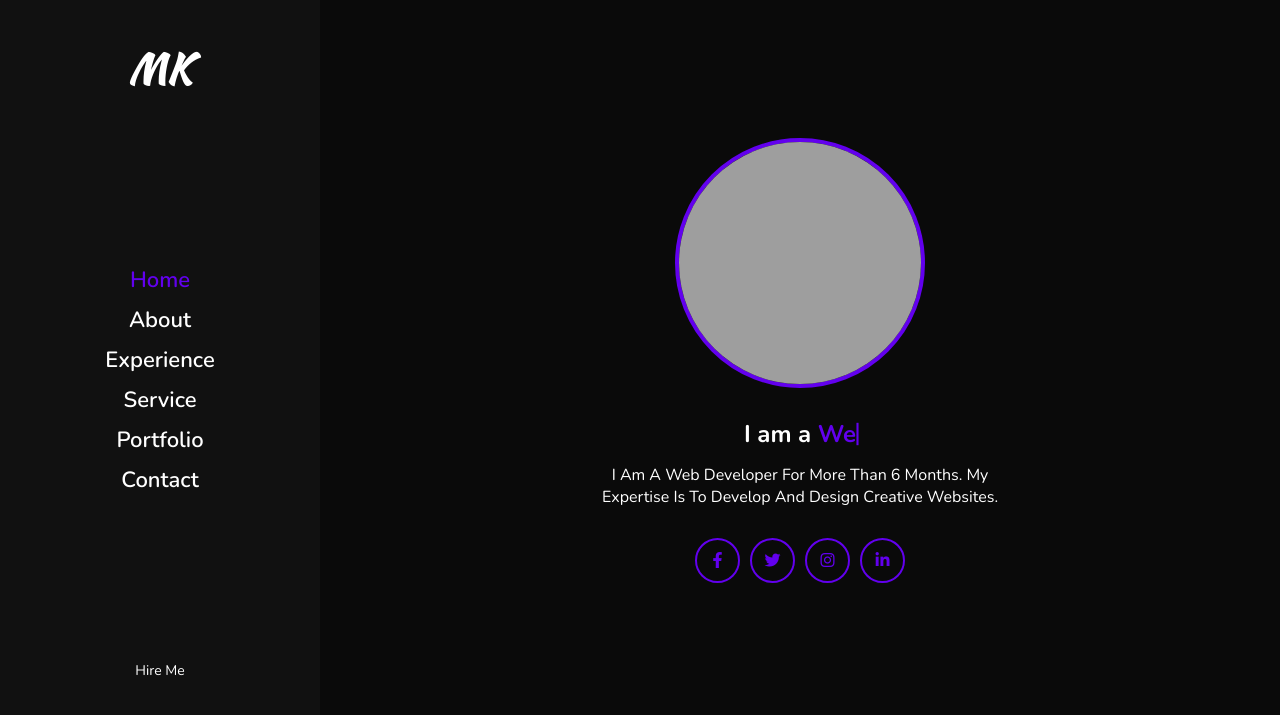
Repository: mk0144/Personal-Portfolio
Page: index.html
An editor plug-in stored every save of this project. The page is shown before and after the next save, followed by the edit.
The browser window is 1280 px wide. The pictures show the whole page.
Pictures or frames that could not be fetched are drawn as grey boxes. Some web libraries are served in a nearby version.

Above is the page before, as saved 2022-05-21 11:31:46.

### index.html
<!DOCTYPE html>
<html>

<head>
    <title>My Portfolio</title>
    <link href="./css/stylesheet.css" rel="stylesheet">
    <link href="./css/media.css" rel="stylesheet">
    <link href="https://cdnjs.cloudflare.com/ajax/libs/font-awesome/6.1.1/css/all.min.css" rel="stylesheet">
</head>

<body>
    <main>
        <!-- sidebar -->
        <header>
            <div class="logo">
                <h1>MK</h1>
            </div>

            <ul class="menu">
                <li class="menu_item"><a href="#">Home</a></li>
                <li class="menu_item"><a href="#">About</a></li>
                <li class="menu_item"><a href="#">Experience</a></li>
                <li class="menu_item"><a href="#">Service</a></li>
                <li class="menu_item"><a href="#">Portfolio</a></li>
                <li class="menu_item"><a href="#">Contact</a></li>
            </ul>

            <div class="hire">
                <a href="#">Hire Me</a>
            </div>

        </header>
        <!-- \sidebar -->

        <!-- pages -->
        <div class="pages">
            <!-- home -->
            <section class="home" onmousewheel="scrollFunc(0)">
                <div class="home_inner">
                    <div class="pic">
                        <img src="https://img.freepik.com/free-photo/handsome-confident-smiling-man-with-hands-crossed-chest_176420-18743.jpg?t=st=1652281811~exp=1652282411~hmac=6ffdf10012cb5dbc06aa54032b22c75f276b0e4fb6505f701aa6eadd4853c3fd&w=826"
                            alt="Self Image">
                    </div>

                    <h2>I am a <span id="roleText"></span></h2>

                    <p>
                        I Am A Web Developer For More Than 6 Months. My Expertise Is To Develop And Design Creative
                        Websites.
                    </p>

                    <ul class="social_links">
                        <li><a href="#"><i class="fa-brands fa-facebook-f"></i></a></li>
                        <li><a href="#"><i class="fa-brands fa-twitter"></i></a></li>
                        <li><a href="#"><i class="fa-brands fa-instagram"></i></a></li>
                        <li><a href="#"><i class="fa-brands fa-linkedin-in"></i></a></li>
                    </ul>

                </div>
            </section>
            <!-- \home -->


            <!-- about -->
            <section class="about" onmousewheel="scrollFunc(1)">
                <div class="about_inner">
                    <h1>About Me</h1>

                    <div class="bottom">
                        <div class="pic">
                            <img src="https://img.freepik.com/free-photo/attractive-laughing-guy-having-fun-smiling-happy_176420-18839.jpg?t=st=1652270858~exp=1652271458~hmac=8bf7c3dfd1bbd5bdfd2ee253775783bd67b9f300cc793455fe6b38c6d306b22e&w=826"
                                alt="Self Image">
                        </div>
                    </div>

                </div>
            </section>
            <!-- \about -->


            <!-- skills -->
            <section class="skills" onmousewheel="scrollFunc(2)">
                <div class="skills_inner">
                    <h1>Skills</h1>

                </div>
            </section>
            <!-- \skills -->


            <!-- experience -->
            <section class="experience" onmousewheel="scrollFunc(3)">
                <div class="experience_inner">
                    <h1>Experience</h1>
                </div>
            </section>
            <!-- \experience -->


        </div>
        <!-- \pages -->

    </main>


    <!-- script -->
    <script src="./js/script.js"></script>
</body>

</html>

### css/stylesheet.css
/* common */
@import url("https://fonts.googleapis.com/css2?family=Nunito:ital,wght@0,200;0,300;0,400;0,500;0,600;0,700;0,800;0,900;1,200;1,300;1,400;1,500;1,600;1,700;1,800;1,900&display=swap");
@import url("https://fonts.googleapis.com/css2?family=Kaushan+Script&family=Poppins:ital,wght@0,100;0,200;0,300;0,400;0,500;0,600;0,700;0,800;0,900;1,100;1,200;1,300;1,400;1,500;1,600;1,700;1,800;1,900&display=swap");

:root {
  --primary: #6200ee;
  --black: #0a0a0a;
  --blackDim: #111111;
}

* {
  margin: 0;
  padding: 0;
  box-sizing: border-box;
  list-style: none;
  text-decoration: none;
  font-family: "Nunito";
  font-size: 10px;
  color: white;
}

a {
  font-size: 1.4rem;
  display: inline-block;
}

span {
  display: inline-block;
}

img {
  width: 100%;
  height: 100%;
  object-fit: cover;
  object-position: center;
}

p {
  font-size: 1.6rem;
}

ul li {
  font-size: 1.6rem;
}

h1 {
  font-size: 3.2rem;
}

h2 {
  font-size: 2.4rem;
}
/* \common */

/* main */
main {
  width: 100%;
}
/* header */
header {
  width: 25%;
  height: 100%;
  position: fixed;
  padding: 4rem 2rem;
  background-color: var(--blackDim);
  text-align: center;
  display: flex;
  flex-direction: column;
  justify-content: space-between;
}
/* \header */

/* pages */
.pages {
  width: 75%;
  height: 100vh;
  overflow: hidden;
  margin: 0 0 0 25%;
}

.pages > section {
  width: 100%;
  height: 100vh;
  overflow: hidden;
  padding: 0 6rem;
  display: flex;
  align-items: center;
  transition: 2s;
}

.pages .home {
  background-color: var(--black);
  justify-content: center;
  text-align: center;
}

.pages .about {
  background-color: black;
}

.pages .skills {
  background-color: var(--black);
}

.pages .experience {
  background: black;
}
/* \pages */
/* /main */

/* header */
header .logo h1 {
  font-family: "Kaushan Script";
  font-size: 4rem;
  color: white;
}

header .menu {
  display: grid;
  row-gap: 1rem;
}

header .menu a {
  font-size: 2.2rem;
  font-weight: 600;
  transition: 0.5s;
}

header .menu_item.active a {
  color: var(--primary);
}

header .menu a:hover {
  color: var(--primary);
  transition: 0.5s;
}
/* \header */

/* pages */
/* home */
.home .home_inner {
  max-width: 400px;
}

.home .pic {
  width: 250px;
  height: 250px;
  border-radius: 50%;
  border: 4px solid var(--primary);
  margin: 0 auto 3rem;
}

.home h2 {
  margin: 0 0 1.4rem;
}

.home h2 span {
  font-size: 2.4rem;
  color: var(--primary);
  position: relative;
}

.home h2 span::after {
  content: "";
  display: inline-block;
  position: absolute;
  width: 3px;
  height: 100%;
  transform: scale(70%);
  background-color: var(--primary);
  animation: cursor_blink 0.3s steps(2) infinite;
}

@keyframes cursor_blink {
  0% {
    visibility: hidden;
  }
}

.home img {
  height: 100%;
  border-radius: 50%;
}

.home .social_links {
  display: flex;
  align-items: center;
  justify-content: center;
  column-gap: 1rem;
  margin: 3rem 0 0;
}

.home .social_links li a {
  width: 4.5rem;
  height: 4.5rem;
  padding: 5px;
  border-radius: 50%;
  border: 2px solid var(--primary);
  display: flex;
  align-items: center;
  justify-content: center;
  transition: 0.5s;
}

.home .social_links li a:hover {
  background-color: white;
  border-color: white;
  transition: 0.5s;
}

.home .social_links li i {
  font-size: 1.6rem;
  color: var(--primary);
  transition: 0.5s;
}

.home .social_links li a:hover i {
  color: var(--black);
  transition: 0.5s;
}
/* \home */

/* about */
.about h1 {
  margin: 0 0 1rem;
}

.about .pic {
  width: 300px;
  height: 350px;
}
/* \about */

/* skills */

/* \skills */
/* \pages */

### js/script.js
// variables
// sections
let scrollValues = [100, 100, 100, 100];
let sections = document.getElementsByTagName("section");
let menu_items = document.getElementsByClassName("menu_item");
menu_items[0].classList.add("active");
// \sections
// home
let roles = ["Web Developer", "Web Designer", "Artist", "Police"];
let rolesI = 0;
let charPos = 0;
// \home
// \variables

/////////////// functions /////////////
// dynamic text
setInterval(function () {
  setText(roles[rolesI].charAt(charPos));

  if (roles[rolesI].length > charPos) {
    charPos++;
    console.log("if");
  } else {
    document.getElementById("roleText").innerHTML = null;
    console.log(rolesI, roles[rolesI].length)

    if (roles[roles.length -1].length === charPos) {
      rolesI = 0;
      charPos = 0;
      console.log("else's if");
    } else {
      rolesI++;
      charPos = 0;
      console.log("else's else");
    }
  }
}, 300);

function setText(text) {
  document.getElementById("roleText").innerHTML += text;
}
// \dynamic text

// smooth scroll
function scrollFunc(index) {
  let scrollToBottom = Math.sign(event.deltaY) === 1;

  if (scrollToBottom && scrollValues[index] > 0) {
    // go top to bottom sections
    if (scrollValues[index - 1] < 100 && scrollValues[index - 1] > 0) {
      scrollValues[index - 1] = scrollValues[index - 1] - 50;
      console.log("if's if", scrollValues);
      sections[index - 1].style.height = scrollValues[index - 1] + "vh";
    } else if (scrollValues.length - 1 !== index) {
      scrollValues[index] = scrollValues[index] - 50;
      console.log("if's else", scrollValues);
      sections[index].style.height = scrollValues[index] + "vh";
    }
  } else if (!scrollToBottom && scrollValues[0] !== 100) {
    // got bottom to top sections
    if (scrollValues[index] < 100) {
      scrollValues[index] = scrollValues[index] + 50;
      console.log("else if's if", scrollValues);
      sections[index].style.height = scrollValues[index] + "vh";
    } else if (scrollValues[index - 1] < 100) {
      scrollValues[index - 1] = scrollValues[index - 1] + 50;
      console.log("else if's else", scrollValues);
      sections[index - 1].style.height = scrollValues[index - 1] + "vh";
    }
  }
}
// \smooth scroll

Loaded but not shown: css/media.css (no stored copy; drawn as an empty file)

After the next save:
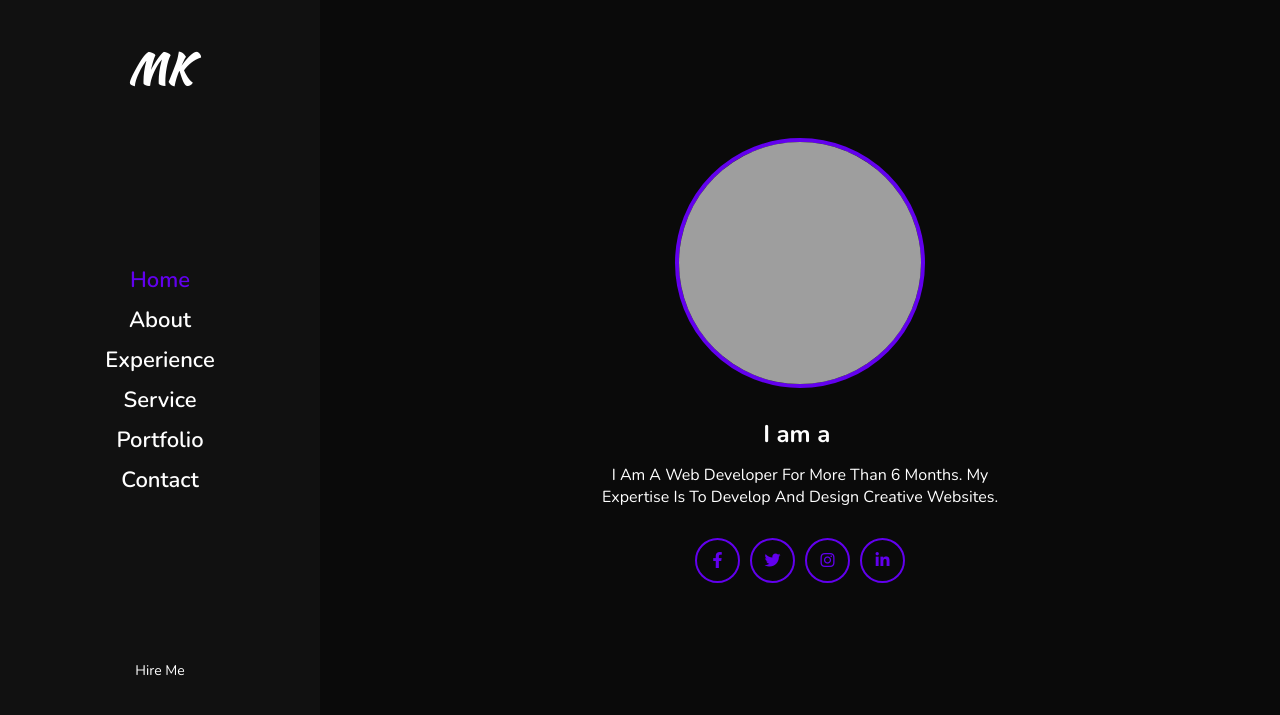
Console error: TypeError: Cannot read properties of undefined (reading 'length')
Saved 16 s later.
--- a/js/script.js
+++ b/js/script.js
@@ -24,7 +24,7 @@
     document.getElementById("roleText").innerHTML = null;
     console.log(rolesI, roles[rolesI].length)
 
-    if (roles[roles.length -1].length === charPos) {
+    if (roles[roles.length].length === charPos) {
       rolesI = 0;
       charPos = 0;
       console.log("else's if");

After the 4 saves that followed:
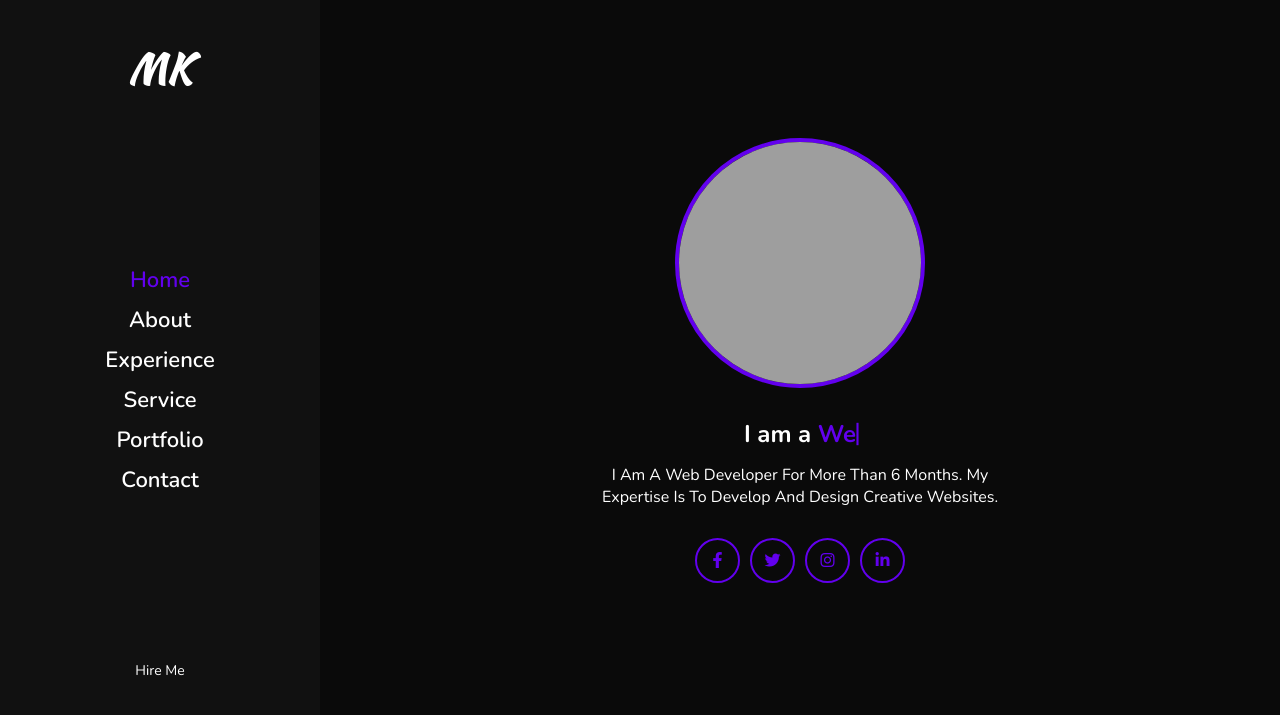
The error is gone.
The 4 saves are shown as one change because 1 left the picture as it was and some came seconds apart.
The last was saved 40 s later.
--- a/js/script.js
+++ b/js/script.js
@@ -24,7 +24,9 @@
     document.getElementById("roleText").innerHTML = null;
     console.log(rolesI, roles[rolesI].length)
 
-    if (roles[roles.length].length === charPos) {
+    console.log(roles[roles.length - 1].length === charPos)
+
+    if (roles[roles.length - 1].length === charPos) {
       rolesI = 0;
       charPos = 0;
       console.log("else's if");
